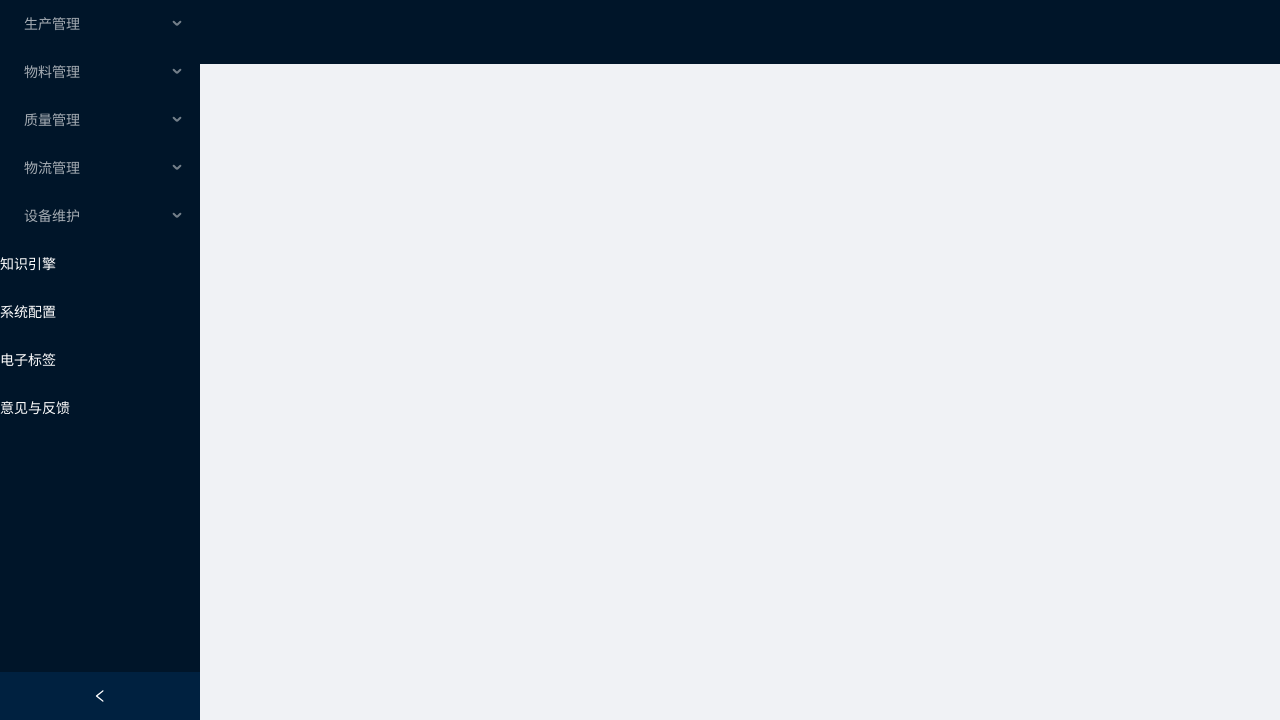
Repository: Vsran/management
Page: /
An editor plug-in stored every save of this project. The page is shown before and after the next save, followed by the edit.
The browser window is 1280 px wide. The pictures show the whole page.
The project was rebuilt for these pictures with package versions that can differ from the ones it lists, and the page was loaded fresh each time. Also part of the build but not shown: src/routeWithSubRoutes.js.

Above is the page before, as saved 2021-01-19 17:55:23.

After the next save:
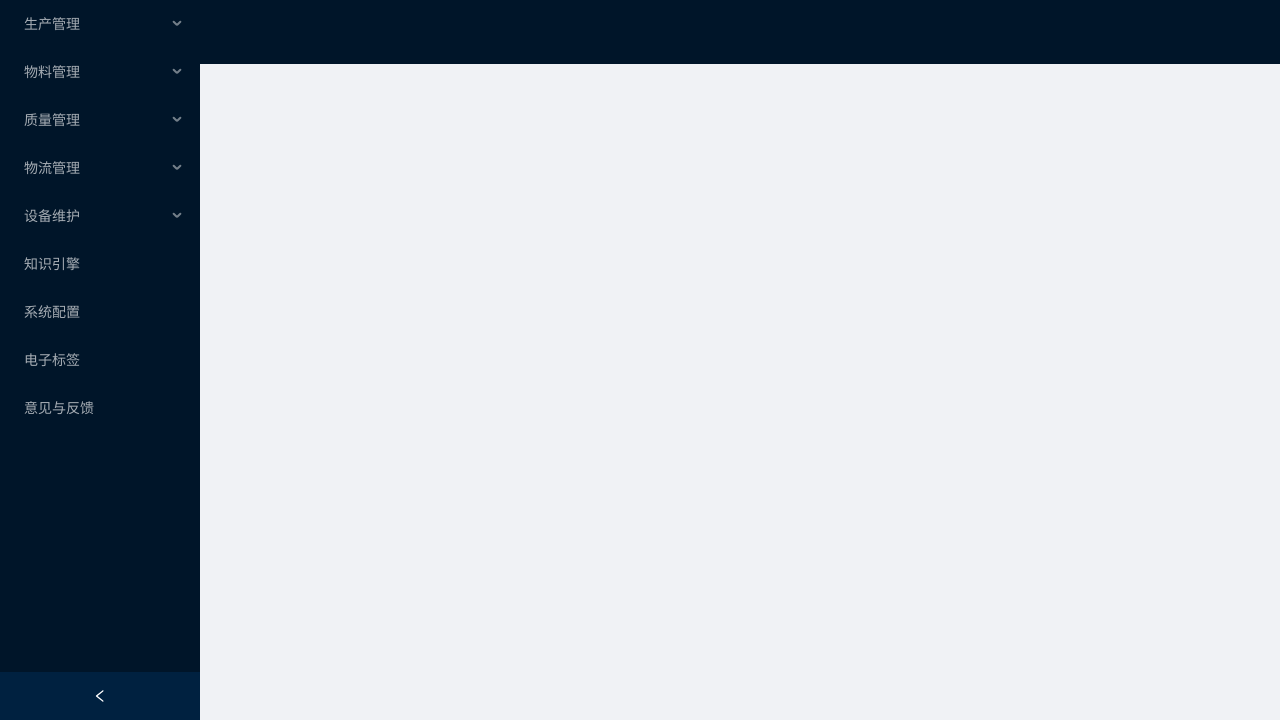
Saved 88 s later.
--- a/src/components/sidebar/index.js
+++ b/src/components/sidebar/index.js
@@ -90,10 +90,16 @@ export default class SideBar extends React.Component {
     return (
       <Sider collapsible collapsed={collapsed} onCollapse={this.onCollapse}>
         <div className='logo' />
-        <Menu theme='dark' defaultSelectedKeys={['1']} mode='inline'>
+        <Menu theme='dark' defaultSelectedKeys={["1"]} mode='inline'>
           {menu.map((outerItem, index) => {
             if (!outerItem.children) {
-              return <SubMenuWithLink {...outerItem} key={`outer${index}`} />;
+              //  return <SubMenuWithLink {...outerItem} key={`outer${index}`} />;
+              let {link, name} = outerItem;
+              return (
+                <Menu.Item>
+                  <Link to={link}>{name}</Link>
+                </Menu.Item>
+              );
             } else {
               return (
                 <SubMenu key={`sub${index}`} title={outerItem.name}>
@@ -111,10 +117,10 @@ export default class SideBar extends React.Component {
 }
 
 function SubMenuWithLink(props) {
-    console.log('props', props);
+  console.log("props", props);
 
   let { name, link } = props;
-  console.log(name, link)
+  console.log(name, link);
   return (
     <Menu.Item>
       <Link to={link}>{name}</Link>
